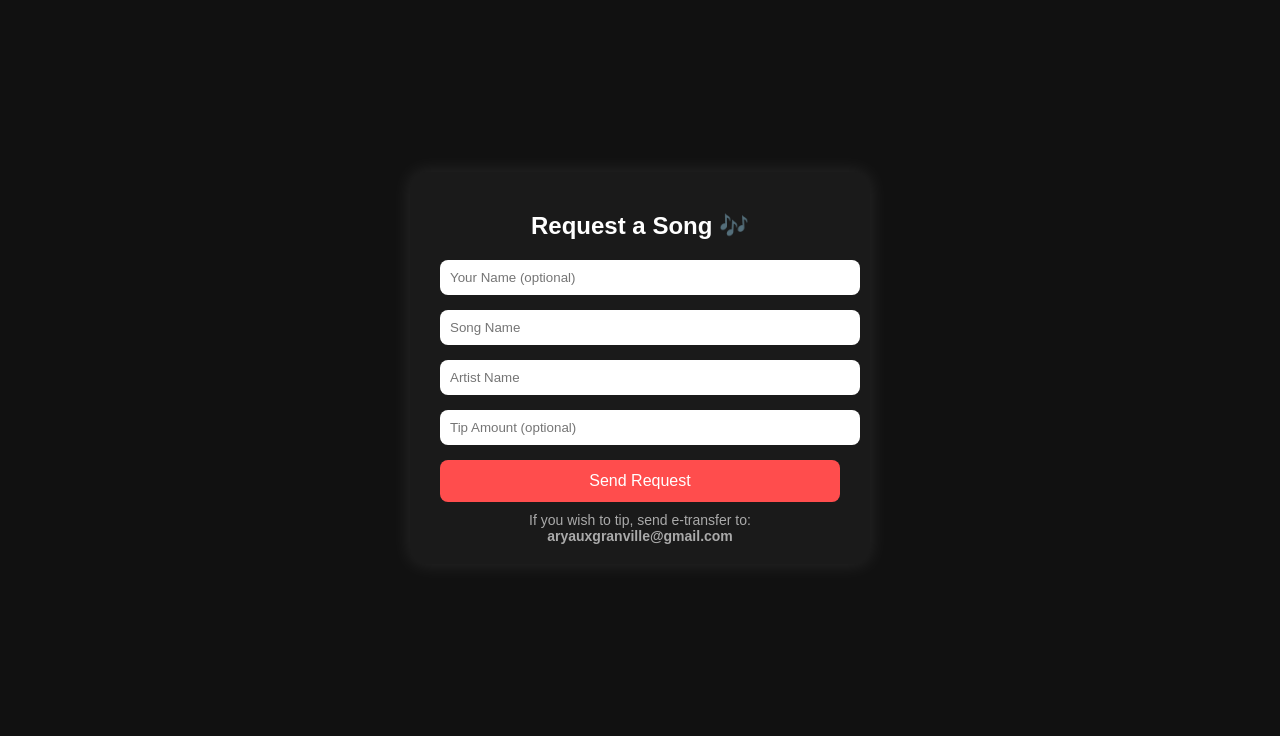
Repository: AryanHeravi/DJ-Request
Page: index.html
These files come from the project's save history. The page is drawn as it stood at one moment and after the next save; the edit follows.
The browser window is 1280 px wide. The pictures show the whole page.

Above is the page before, as saved 2026-01-05 05:31:09.
Console error: ReferenceError: emailjs is not defined

### index.html
<!DOCTYPE html>
<html lang="en">
<head>
<meta charset="UTF-8">
<meta name="viewport" content="width=device-width, initial-scale=1.0">
<title>Bar Song Request</title>
<style>
  body {
    font-family: Arial, sans-serif;
    background: #111;
    color: #fff;
    display: flex;
    justify-content: center;
    align-items: center;
    height: 100vh;
  }
  .container {
    background: #1a1a1a;
    padding: 20px 30px;
    border-radius: 15px;
    max-width: 400px;
    width: 100%;
    box-shadow: 0 0 20px rgba(255,255,255,0.1);
  }
  h2 {
    text-align: center;
    margin-bottom: 20px;
  }
  input, textarea {
    width: 100%;
    padding: 10px;
    margin-bottom: 15px;
    border-radius: 8px;
    border: none;
    outline: none;
  }
  button {
    width: 100%;
    padding: 12px;
    background: #ff4d4d;
    border: none;
    border-radius: 8px;
    color: white;
    font-size: 16px;
    cursor: pointer;
  }
  button:hover {
    background: #ff1a1a;
  }
  .tip-info {
    text-align: center;
    font-size: 14px;
    margin-top: 10px;
    color: #aaa;
  }
</style>
</head>
<body>

<div class="container">
  <h2>Request a Song 🎶</h2>
  <form id="songForm">
    <input type="text" id="name" placeholder="Your Name (optional)">
    <input type="text" id="song" placeholder="Song Name" required>
    <input type="text" id="artist" placeholder="Artist Name" required>
    <input type="text" id="tip" placeholder="Tip Amount (optional)">
    <button type="submit">Send Request</button>
  </form>
  <div class="tip-info">
    If you wish to tip, send e-transfer to: <br> <strong>aryauxgranville@gmail.com
</strong>
  </div>
</div>

<script src="https://cdn.jsdelivr.net/npm/emailjs-com@3.2.0/dist/email.min.js"></script>
<script>
  // Initialize EmailJS
  (function(){
    emailjs.init("AryAux"); // Replace with your EmailJS user ID
  })();

  const form = document.getElementById('songForm');
  form.addEventListener('submit', function(e) {
    e.preventDefault();

    const name = document.getElementById('name').value;
    const song = document.getElementById('song').value;
    const artist = document.getElementById('song').value;
    const tip = document.getElementById('tip').value;

    // Send email via EmailJS
    emailjs.send("service_guiqpfc", "template_z5uy1ms", {
      name: name,
      song: song,
      artist: artist,
      tip: tip
    })
    .then(() => {
      alert("Song request sent! Thanks 🎵");
      form.reset();
    }, (err) => {
      alert("Oops! Something went wrong. Try again.");
      console.error(err);
    });
  });
</script>

</body>
</html>

After the next save:
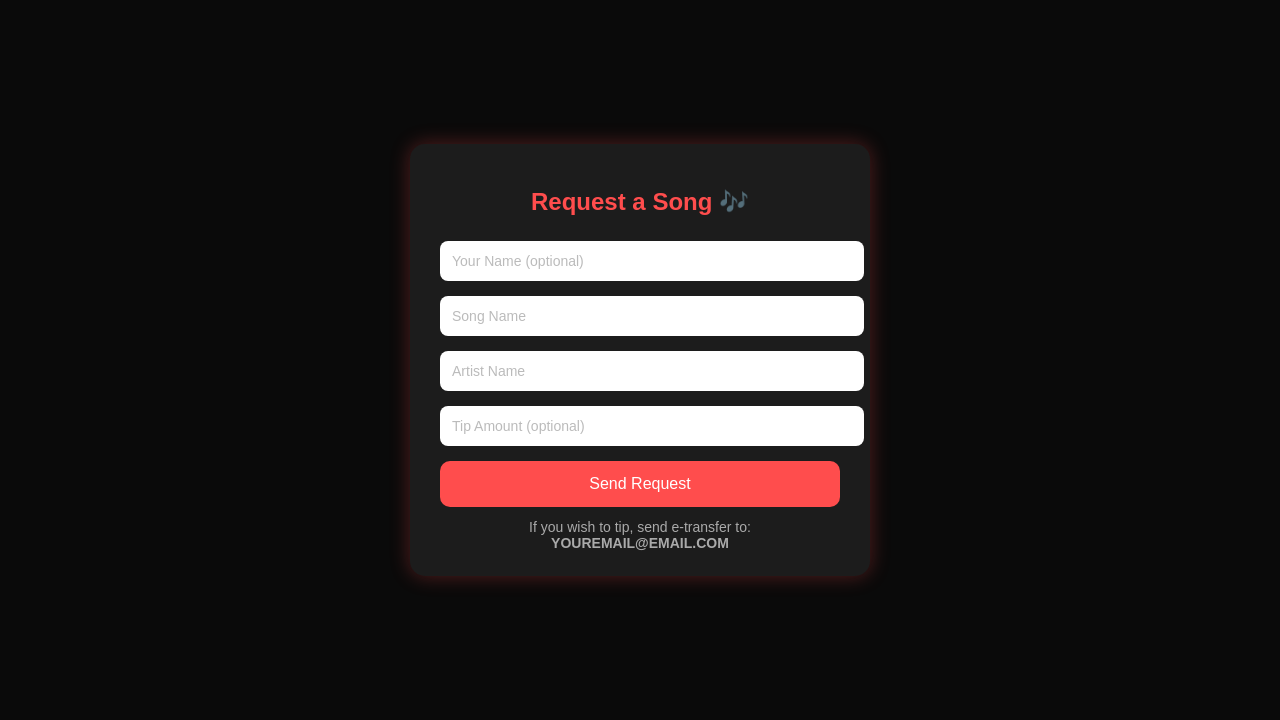
Saved 2 min 19 s later.
--- a/index.html
+++ b/index.html
@@ -5,53 +5,79 @@
 <meta name="viewport" content="width=device-width, initial-scale=1.0">
 <title>Bar Song Request</title>
 <style>
+  /* --- General Styles --- */
   body {
-    font-family: Arial, sans-serif;
-    background: #111;
+    font-family: 'Arial', sans-serif;
+    background: #0a0a0a;
     color: #fff;
+    margin: 0;
     display: flex;
     justify-content: center;
     align-items: center;
     height: 100vh;
   }
+
   .container {
-    background: #1a1a1a;
-    padding: 20px 30px;
+    background: #1c1c1c;
+    padding: 25px 30px;
     border-radius: 15px;
     max-width: 400px;
-    width: 100%;
-    box-shadow: 0 0 20px rgba(255,255,255,0.1);
+    width: 90%;
+    box-shadow: 0 0 20px rgba(255, 77, 77, 0.3);
   }
+
   h2 {
     text-align: center;
-    margin-bottom: 20px;
+    margin-bottom: 25px;
+    color: #ff4d4d;
   }
-  input, textarea {
+
+  input {
     width: 100%;
-    padding: 10px;
+    padding: 12px;
     margin-bottom: 15px;
     border-radius: 8px;
     border: none;
     outline: none;
+    font-size: 14px;
   }
+
+  input::placeholder {
+    color: #bbb;
+  }
+
   button {
     width: 100%;
-    padding: 12px;
+    padding: 14px;
     background: #ff4d4d;
     border: none;
-    border-radius: 8px;
-    color: white;
+    border-radius: 10px;
+    color: #fff;
     font-size: 16px;
     cursor: pointer;
+    transition: background 0.2s ease;
   }
+
   button:hover {
     background: #ff1a1a;
   }
+
   .tip-info {
     text-align: center;
     font-size: 14px;
-    margin-top: 10px;
+    margin-top: 12px;
     color: #aaa;
+  }
+
+  @media (max-width: 450px) {
+    .container {
+      padding: 20px;
+    }
+
+    button {
+      padding: 12px;
+      font-size: 15px;
+    }
   }
 </style>
 </head>
@@ -67,16 +93,16 @@
     <button type="submit">Send Request</button>
   </form>
   <div class="tip-info">
-    If you wish to tip, send e-transfer to: <br> <strong>aryauxgranville@gmail.com
-</strong>
+    If you wish to tip, send e-transfer to: <strong>YOUREMAIL@EMAIL.COM</strong>
   </div>
 </div>
 
+<!-- EmailJS SDK -->
 <script src="https://cdn.jsdelivr.net/npm/emailjs-com@3.2.0/dist/email.min.js"></script>
 <script>
   // Initialize EmailJS
   (function(){
-    emailjs.init("AryAux"); // Replace with your EmailJS user ID
+    emailjs.init("YOUR_USER_ID"); // Replace with your EmailJS user ID
   })();
 
   const form = document.getElementById('songForm');
@@ -85,21 +111,20 @@
 
     const name = document.getElementById('name').value;
     const song = document.getElementById('song').value;
-    const artist = document.getElementById('song').value;
+    const artist = document.getElementById('artist').value;
     const tip = document.getElementById('tip').value;
 
-    // Send email via EmailJS
-    emailjs.send("service_guiqpfc", "template_z5uy1ms", {
+    emailjs.send("YOUR_SERVICE_ID", "YOUR_TEMPLATE_ID", {
       name: name,
       song: song,
       artist: artist,
       tip: tip
     })
     .then(() => {
-      alert("Song request sent! Thanks 🎵");
+      alert("🎵 Your song request has been sent! Thanks!");
       form.reset();
     }, (err) => {
-      alert("Oops! Something went wrong. Try again.");
+      alert("⚠️ Oops! Something went wrong. Try again.");
       console.error(err);
     });
   });
